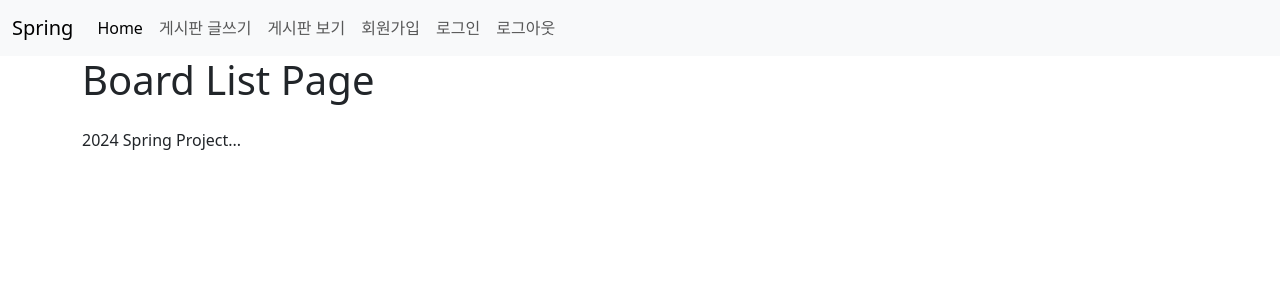
Repository: dhalfks/springTest240430
Page: http://localhost/spring_study/WEB-INF/views/board/list.jsp
An editor plug-in stored every save of this project. The page is shown before and after the next save, followed by the edit.
The browser window is 1280 px wide. The pictures show the whole page.
The page is served by Tomcat 9. Nobody is signed in. The template is opened directly, without the code that normally fills it, so the values that code supplies are empty.

Above is the page before, as saved 2024-04-24 03:52:22.

After the next save:
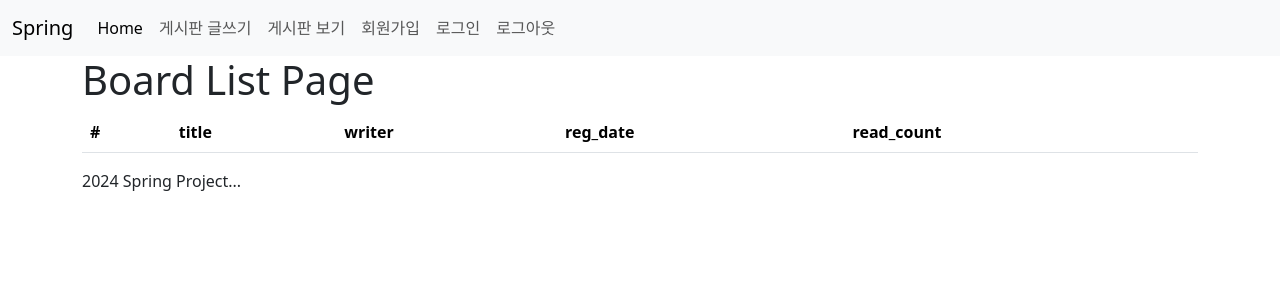
Saved 60 s later.
--- a/spring_study/src/main/webapp/WEB-INF/views/board/list.jsp
+++ b/spring_study/src/main/webapp/WEB-INF/views/board/list.jsp
@@ -5,7 +5,18 @@
 <div class="container-md">
 	<h1>Board List Page</h1>
 	<table class="table table-hover">
-		<thead></thead>
+		<thead>
+			<tr>
+				<th>#</th>
+				<th>title</th>
+				<th>writer</th>
+				<th>reg_date</th>
+				<th>read_count</th>
+			</tr>
+		</thead>
+		<tbody>
+
+		</tbody>
 	</table>
 </div>
 <jsp:include page="../layout/footer.jsp" />
